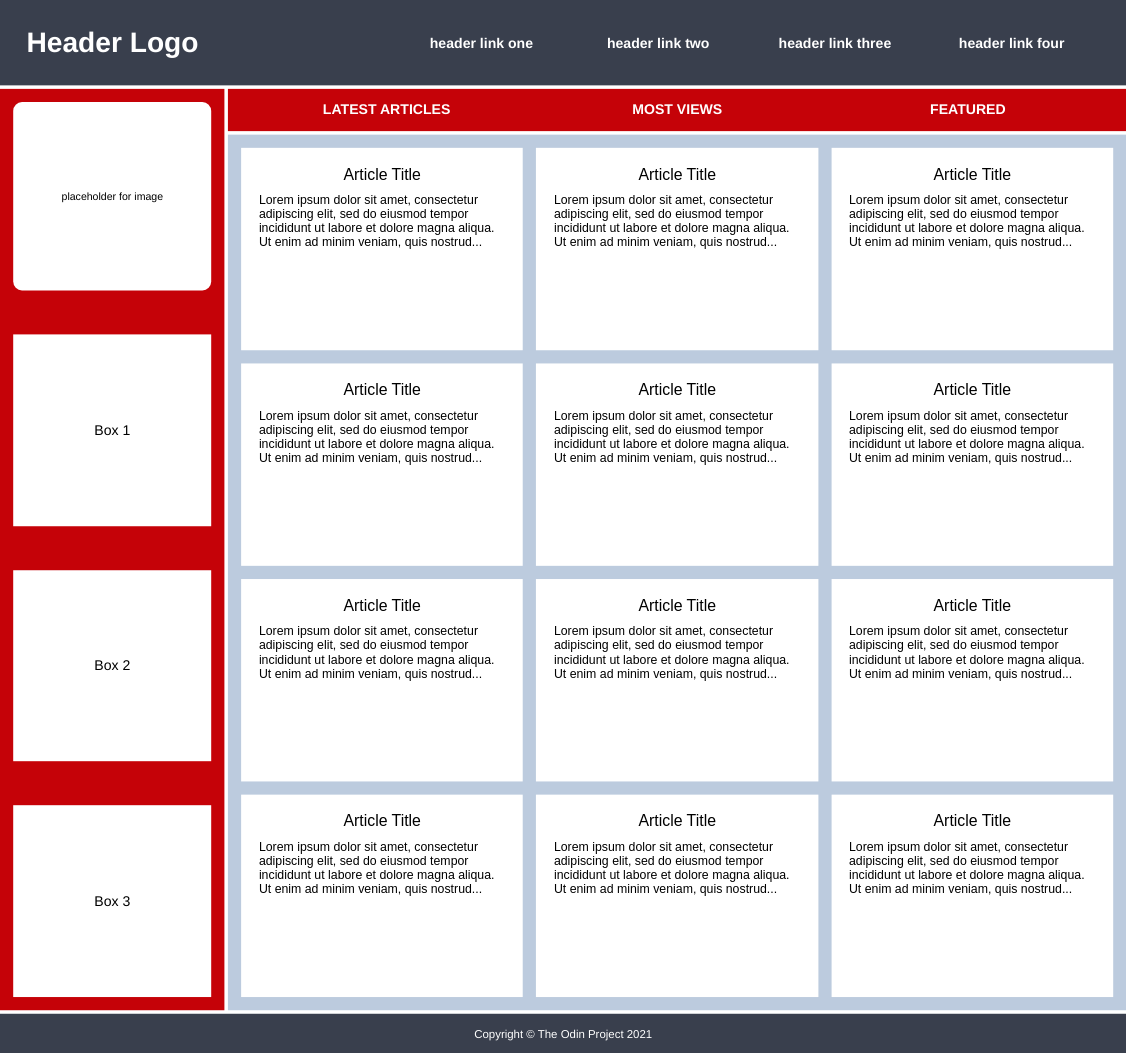
Repository: gkintu/css-exercises
Page: intermediate-html-css/advanced-grid/02-holy-grail-mockup/index.html
These files come from the project's save history. The page is drawn as it stood at one moment and after the next save; the edit follows.
The browser window is 1280 px wide. The pictures show the whole page, at 88% of full size.

Above is the page before, as saved 2025-03-04 11:40:35.

### intermediate-html-css/advanced-grid/02-holy-grail-mockup/index.html
<!DOCTYPE html>
<html lang="en">
  <head>
    <meta charset="UTF-8">
    <meta http-equiv="X-UA-Compatible" content="IE=edge">
    <meta name="viewport" content="width=device-width, initial-scale=1.0">
    <title>Holy Grail Mockup</title>
    <link rel="stylesheet" href="style.css">
  </head>
  <body>
    <div class="container">

      <div class="header">
        <div class="logo">Header Logo</div>
        <div class="menu">
          <ul>
            <li>header link one</li>
            <li>header link two</li>
            <li>header link three</li>
            <li>header link four</li>
          </ul>
        </div>
      </div>

      <div class="sidebar">
        <div class="photo">
          <p>placeholder for image</p>
        </div>
        <div class="side-content">Box 1
        </div>
        <div class="side-content">Box 2
        </div>
        <div class="side-content">Box 3
        </div>
      </div>

      <div class="nav">
        <ul>
          <li>Latest Articles</li>
          <li>Most Views</li>
          <li>Featured</li>
        </ul>
      </div>

      <div class="article">
        <div class="card">
          <p class="title">Article Title</p>
          <p>Lorem ipsum dolor sit amet, consectetur adipiscing elit, sed do eiusmod tempor incididunt ut labore et dolore magna aliqua. Ut enim ad minim veniam, quis nostrud...</p>
        </div>
        <div class="card">
          <p class="title">Article Title</p>
          <p>Lorem ipsum dolor sit amet, consectetur adipiscing elit, sed do eiusmod tempor incididunt ut labore et dolore magna aliqua. Ut enim ad minim veniam, quis nostrud...</p>
        </div>
        <div class="card">
          <p class="title">Article Title</p>
          <p>Lorem ipsum dolor sit amet, consectetur adipiscing elit, sed do eiusmod tempor incididunt ut labore et dolore magna aliqua. Ut enim ad minim veniam, quis nostrud...</p>
        </div>
        <div class="card">
          <p class="title">Article Title</p>
          <p>Lorem ipsum dolor sit amet, consectetur adipiscing elit, sed do eiusmod tempor incididunt ut labore et dolore magna aliqua. Ut enim ad minim veniam, quis nostrud...</p>
        </div>
        <div class="card">
          <p class="title">Article Title</p>
          <p>Lorem ipsum dolor sit amet, consectetur adipiscing elit, sed do eiusmod tempor incididunt ut labore et dolore magna aliqua. Ut enim ad minim veniam, quis nostrud...</p>
        </div>
        <div class="card">
          <p class="title">Article Title</p>
          <p>Lorem ipsum dolor sit amet, consectetur adipiscing elit, sed do eiusmod tempor incididunt ut labore et dolore magna aliqua. Ut enim ad minim veniam, quis nostrud...</p>
        </div>
        <div class="card">
          <p class="title">Article Title</p>
          <p>Lorem ipsum dolor sit amet, consectetur adipiscing elit, sed do eiusmod tempor incididunt ut labore et dolore magna aliqua. Ut enim ad minim veniam, quis nostrud...</p>
        </div>
        <div class="card">
          <p class="title">Article Title</p>
          <p>Lorem ipsum dolor sit amet, consectetur adipiscing elit, sed do eiusmod tempor incididunt ut labore et dolore magna aliqua. Ut enim ad minim veniam, quis nostrud...</p>
        </div>
        <div class="card">
          <p class="title">Article Title</p>
          <p>Lorem ipsum dolor sit amet, consectetur adipiscing elit, sed do eiusmod tempor incididunt ut labore et dolore magna aliqua. Ut enim ad minim veniam, quis nostrud...</p>
        </div>
        <div class="card">
          <p class="title">Article Title</p>
          <p>Lorem ipsum dolor sit amet, consectetur adipiscing elit, sed do eiusmod tempor incididunt ut labore et dolore magna aliqua. Ut enim ad minim veniam, quis nostrud...</p>
        </div>
        <div class="card">
          <p class="title">Article Title</p>
          <p>Lorem ipsum dolor sit amet, consectetur adipiscing elit, sed do eiusmod tempor incididunt ut labore et dolore magna aliqua. Ut enim ad minim veniam, quis nostrud...</p>
        </div>
        <div class="card">
          <p class="title">Article Title</p>
          <p>Lorem ipsum dolor sit amet, consectetur adipiscing elit, sed do eiusmod tempor incididunt ut labore et dolore magna aliqua. Ut enim ad minim veniam, quis nostrud...</p>
        </div>
      </div>

      <div class="footer">
        <p>Copyright © The Odin Project 2021</p>
      </div>

    </div>
  </body>
</html>

### intermediate-html-css/advanced-grid/02-holy-grail-mockup/style.css
* {
  margin: 0;
  padding: 0;
}

.container {
  display: grid;
  text-align: center;
  grid-template-columns: 1fr 4fr;
  gap: 4px;
}

.container div {
  padding: 15px;
  font-size: 32px;
  font-family: Helvetica;
  font-weight: bold;
  color: white;
}

.header {

  background-color: #393f4d;
  display: grid;
  grid-column: 1 / 3;
  grid-template-columns: 1fr 2fr;
  align-items: center;

}

.logo {
  justify-self: start;
}

.menu {
  grid-column: 2 / 3;

}

.menu ul {
  display: grid;
  list-style-type: none;
  grid-template-columns: repeat(4, 1fr);

}



.menu ul,
.menu li {
  font-size: 16px;
}

.sidebar {
  background-color: #C50208;
  display:grid;
  gap: 50px;

  grid-column: 1 / 2;
  grid-row: 2/4;
}

.photo,
.side-content {
  display:grid;
  align-items: center;
}

.sidebar .photo {
  background-color: white;
  color: black;
  font-size: 12px;
  font-weight: normal;
  border-radius: 10px;

}


.sidebar .side-content {
  background-color: white;
  color: black;
  font-size: 16px;
  font-weight: normal;
}

.nav {

  background-color: #C50208;
  grid-column: 2 / 3;
  grid-row: 2;
  align-self: start;
}

.nav ul {
  display:grid;
  grid-template-columns: repeat(3, 1fr);

}

.nav ul li {
  font-size: 16px;
  text-transform: uppercase;
  list-style-type: none;
}

.article {

  background-color: #bccbde;
  grid-column: 2 / 3;
  grid-row: 3;
  display:grid;
  grid-template-columns: repeat(auto-fit, minmax(250px, 1fr));
  gap: 15px;

}

.card {
  height: 200px;

}

.article p {
  font-size: 18px;
  font-family: sans-serif;
  color: white;
  text-align: left;
  padding:2px;
}

.article .card {
  background-color: #FFFFFF;
  color: black;
  text-align: center;
}

.card p {
  color: black;
  font-weight: normal;
  font-size: 14px;
  padding: 5px;
}

.card .title {
  font-size: 18px;
  text-align: center;
}

.footer {


  background-color: #393f4d;
  grid-column: 1 / 3;
  grid-row: 4;
}

.footer p {
  font-size: 13px;
  font-weight: normal;
}

After the next save:
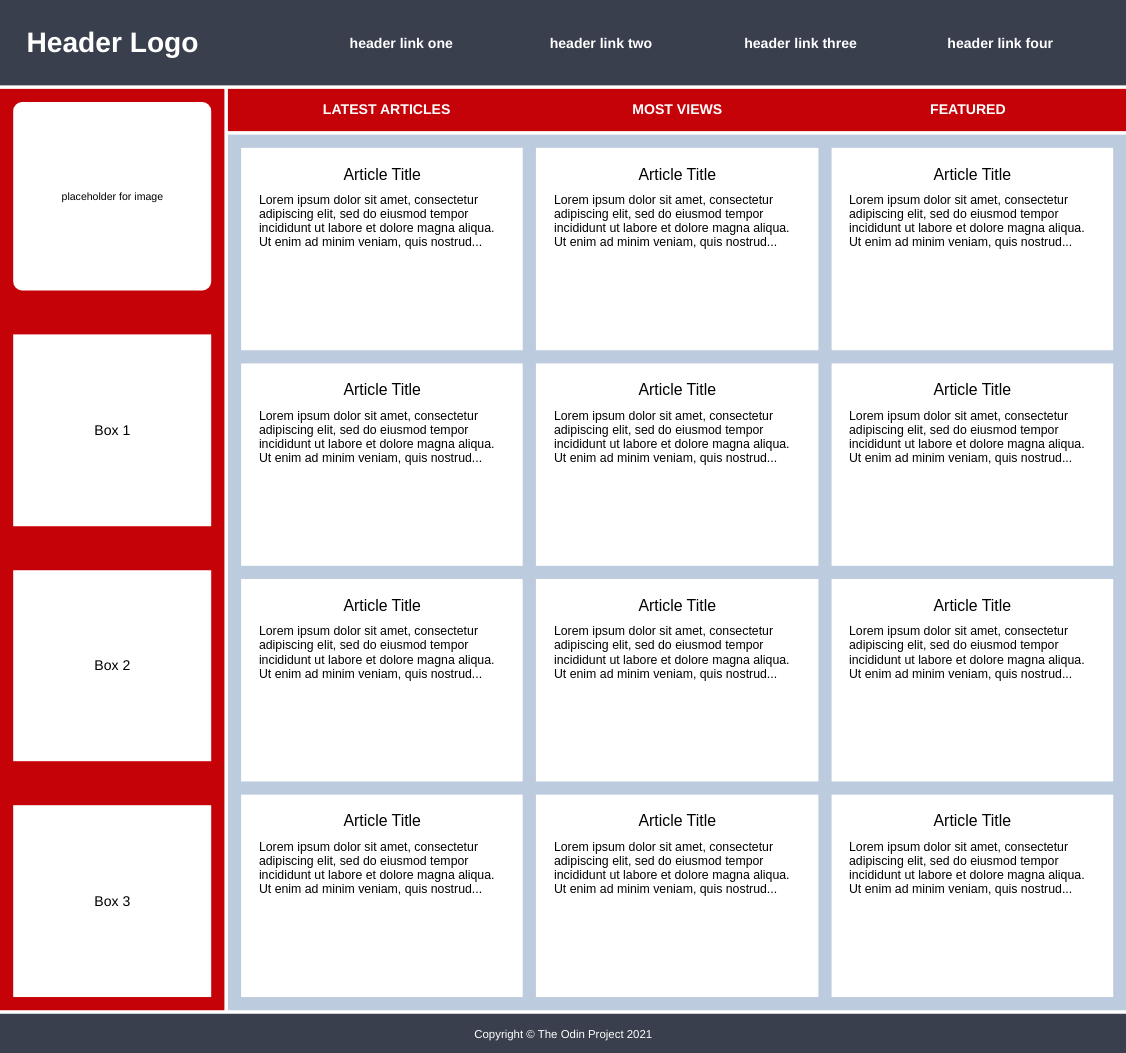
Saved 21 s later.
--- a/intermediate-html-css/advanced-grid/02-holy-grail-mockup/style.css
+++ b/intermediate-html-css/advanced-grid/02-holy-grail-mockup/style.css
@@ -23,7 +23,7 @@
   background-color: #393f4d;
   display: grid;
   grid-column: 1 / 3;
-  grid-template-columns: 1fr 2fr;
+  grid-template-columns: 1fr 3fr;
   align-items: center;
 
 }
